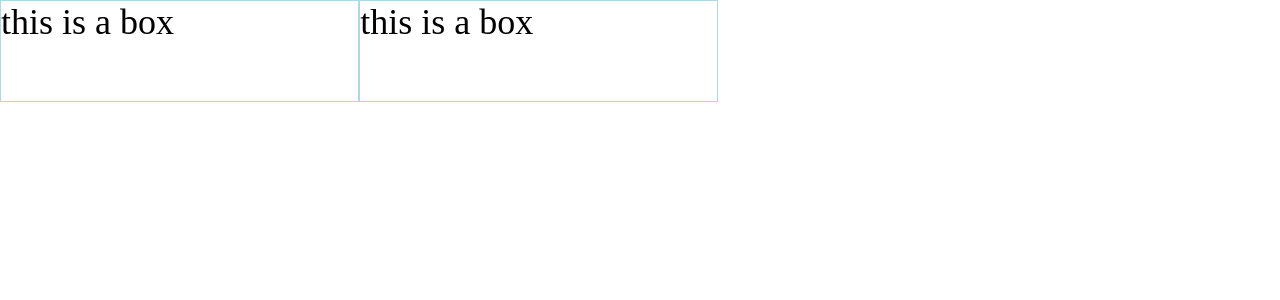
Repository: Jhin7782/HBuilder-Projects
Page: _lib/frame/移动端适配/fontSize.html
The author's editor kept a copy of each file at every save. The page is drawn from the files as they stood at one save, then again after the next save.
The browser window is 1280 px wide. The pictures show the whole page.

Above is the page before, as saved 2017-06-04 01:05:27.

After the next save:
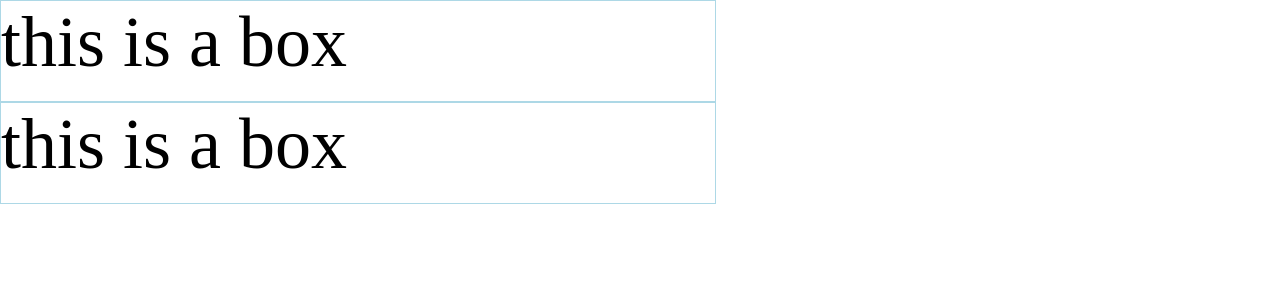
Saved 78 s later.
--- a/_lib/frame/移动端适配/fontSize.html
+++ b/_lib/frame/移动端适配/fontSize.html
@@ -32,7 +32,7 @@
 
 			function calcSize() {
 				var docEle_cw = docEle.clientWidth;
-				docEle.style.fontSize = 0.05 * (docEle_cw >= 720 ? 720 : docEle_cw) + "px";
+				docEle.style.fontSize = 0.1 * (docEle_cw >= 720 ? 720 : docEle_cw) + "px";
 				console.log(docEle_cw);
 			}
 
